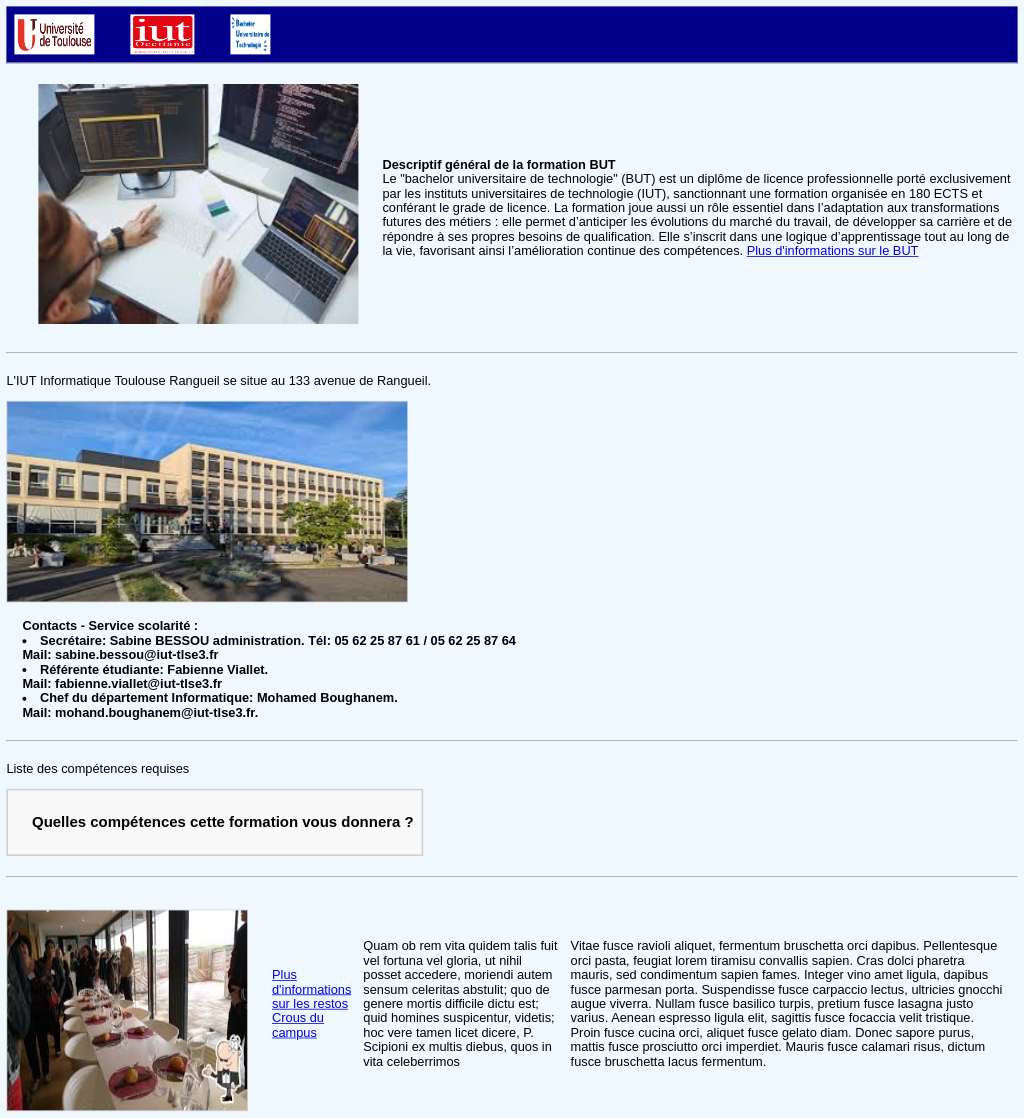
Repository: s0yManar/projet-web-R102
Page: MON.PROJET.HTML&CSS/page.accueil.html
These files come from the project's save history. The page is drawn as it stood at one moment and after a run of saves; the edit follows.
The browser window is 1280 px wide. The pictures show the whole page, at 80% of full size.

Above is the page before, as saved 2025-11-24 15:31:52.

### MON.PROJET.HTML&CSS/page.accueil.html
<!DOCTYPE html>
<html lang= "fr">


<head>
    <meta charset="UTF-8">
    <meta name = "viewport" content="width-device-witch" initial scale=" 1.0">
    <link rel="stylesheet" href="page-accueil.css">
    <title> Accueil</title>
</head>

<body>
    <header id="header">
        <img src="logo-université.jpg" alt="Université de Toulouse" width="100" height="50">
        <img src="logo-IUT.jpg" alt="Logo de l'IUT de Toulouse" width="80" height="50">
        <img src="logo-but.jpg" alt="logo du BUT" width="50" height="50">
    </header>

    <!--  section reservée à la Historique du BUT: une image sur le BUT à gauche
      et du texte conçu sur le BUT avec un lien vers une source wikipédia  -->

      <div id="descriptif_BUT">
        <div id="descriptif_BUT_img">
            <img src="illustratif.jpg" alt="Image diplome BUT" width="400" height="300">
         </div>

    <p> <strong> Descriptif général de la formation BUT </strong>  <br>
        Le "bachelor universitaire de technologie" (BUT) est un diplôme de licence professionnelle porté exclusivement par les instituts universitaires de technologie (IUT), sanctionnant une formation organisée en 180 ECTS et conférant le grade de licence. La formation joue aussi un rôle essentiel dans l’adaptation aux transformations futures des métiers : elle permet d’anticiper les évolutions du marché du travail, de développer sa carrière et de répondre à ses propres besoins de qualification. Elle s’inscrit dans une logique d’apprentissage tout au long de la vie, favorisant ainsi l’amélioration continue des compétences. <a href= "https://fr.wikipedia.org/wiki/Bachelor_universitaire_de_technologie"  title="Lien de documentation sur le BUT WIkipédia"> Plus d'informations sur le BUT </a></p>
    </div>


    <!-- position -->

    <hr>

    <section>
        <!-- section réservée à l'IUT Informatique TR avec photo (quand souris passe, zoom) à gauche,
        du texte à droite et en dessous une LISTE de contact-->
        <p>L'IUT Informatique Toulouse Rangueil se situe au 133 avenue de Rangueil. </p>
        <div class="contenu">
        <img src="photoIUT.jpg" alt="Photographie de l'IUT site de Rangueil" width="500" height="250">
        </div>
        <div>
            <h4> Contacts - Service scolarité :
                <li> Secrétaire: Sabine BESSOU administration. Tél: 05 62 25 87 61 / 05 62 25 87 64
                    <br>
                Mail: sabine.bessou@iut-tlse3.fr </li>
                <li> Référente étudiante: Fabienne Viallet.<br>  Mail:  fabienne.viallet@iut-tlse3.fr
 </li>
                <li> Chef du département Informatique: Mohamed Boughanem. <br>  Mail: mohand.boughanem@iut-tlse3.fr. </li>
             </h4>
        </div>
    </section>

<hr>

    <!--section pour une liste des compétences, contenant une liste de blocs de compétences avec chcunes d'elles illustrées par une image, liste des compétences fondamentales, les blocs doivent être encadrés -->
<p> Liste des compétences requises</p>
<div class="bloc_competences">
<h3> Quelles compétences cette formation vous donnera ? </h3>
</div>

</div>

<hr>

<section id="restocrous" content="la vie étudiante" >
    <!-- section pour la vie étudiante, à gauche du texte factice, à droite une image cliquable vers la restauration à l'IUT  -->
 <img class="affichage_img" src="restocrous.jpg" alt="Photo d'un restaurant universitaire" width="300" height="250" > <a href="https://iut.univ-tlse3.fr/des-points-de-restauration-du-crous-dans-vos-campus" title="Portail vers des informations de restauration autour de l'IUT" ></a>
 <a href="https://iut.univ-tlse3.fr/des-points-de-restauration-du-crous-dans-vos-campus" title="Portail vers des informations de restauration autour de l'IUT" > Plus d'informations sur les restos Crous du campus</a>

 <p>Quam ob rem vita quidem talis fuit vel fortuna vel gloria, ut nihil posset accedere, moriendi autem sensum celeritas abstulit; quo de genere mortis difficile dictu est; quid homines suspicentur, videtis; hoc vere tamen licet dicere,
 P. Scipioni ex multis diebus, quos in vita celeberrimos </p>
 <p>Vitae fusce ravioli aliquet, fermentum bruschetta orci dapibus. Pellentesque orci pasta, feugiat lorem tiramisu convallis sapien. Cras dolci pharetra mauris, sed condimentum sapien fames. Integer vino amet ligula, dapibus fusce parmesan porta.

Suspendisse fusce carpaccio lectus, ultricies gnocchi augue viverra. Nullam fusce basilico turpis, pretium fusce lasagna justo varius. Aenean espresso ligula elit, sagittis fusce focaccia velit tristique.

Proin fusce cucina orci, aliquet fusce gelato diam. Donec sapore purus, mattis fusce prosciutto orci imperdiet. Mauris fusce calamari risus, dictum fusce bruschetta lacus fermentum.</p>
 <a href="https://iut.univ-tlse3.fr/des-points-de-restauration-du-crous-dans-vos-campus" title="Portail vers des informations de restauration autour de l'IUT" >
     <!-- faire en sorte que mon image soit cliquable
    positionnement des images et du texte, ajout d'un font
    -->
</div>
</section>

</html>

### MON.PROJET.HTML&CSS/page-accueil.css
/* Style général */
body {
    font-family: Arial, Helvetica, sans-serif;
    margin: 20;
    background-color: aliceblue;

}

#header {
    display: flex;
    gap: 45px;
    padding: 10px;
    border-bottom: 2px solid #bfbfbf;
    background-color: darkblue;
}

/* IMAGE DU BUT À DROITE DANS LA SECTION DESCRIPTIF */
#descriptif_BUT {
    display: flex;
    align-items: center;
    gap: 30px;
    margin-top: 25px;
    margin-left: 20px;
    margin-bottom: 10px
}

#descriptif_BUT_img {
    display:flex;
    align-items: right;
    margin-left: 20px;
    margin-bottom: 10px

}


hr {
    margin: 25px 0;
    color:darkslategray
}


.contenu {
    display: flex;
    position: relative;
    text-align: left;

}

.contenu img {
    border: 1px solid #ccc;
}

.bloc_competences {
    border: 2px solid #d0d0d0;
    padding: 10px;
    width: fit-content;
    background-color: #f9f9f9;
}

/* Image cliquable de la vie étudiante */
.affichage_img {
    display: block;
    margin-top: 15px;
    border: 1px solid #cfcfcf;
}

/* Petits ajustements de texte */


h3, h4 {
    margin-left: 20px;
}

#restocrous {
    display: flex;
    align-items: center;
    gap: 15px;
}

After the next 2 saves:
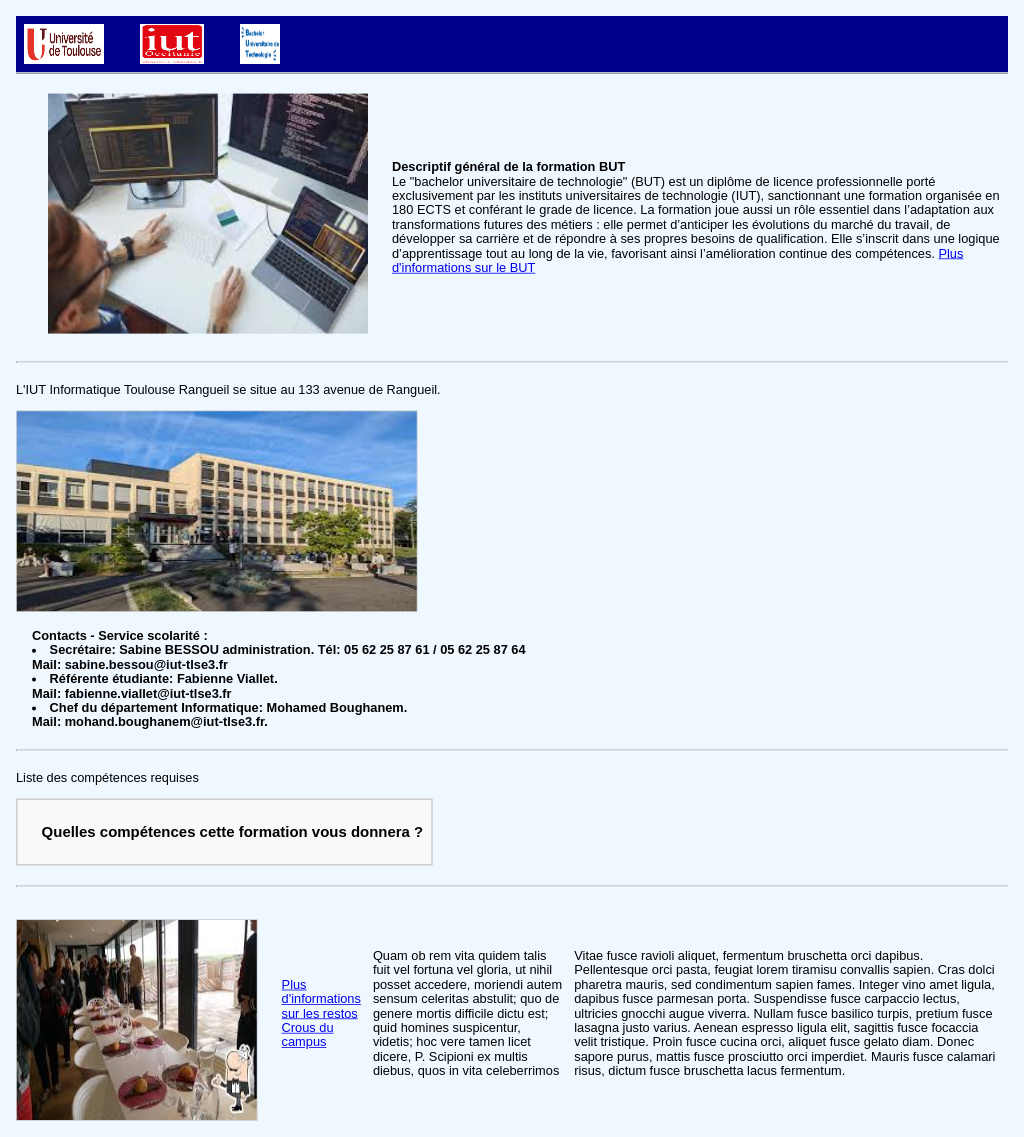
The 2 saves are shown as one change because they came seconds apart.
The last was saved 37 s later.
--- a/MON.PROJET.HTML&CSS/page-accueil.css
+++ b/MON.PROJET.HTML&CSS/page-accueil.css
@@ -1,7 +1,7 @@
 /* Style général */
 body {
     font-family: Arial, Helvetica, sans-serif;
-    margin: 20;
+    margin: 20px;
     background-color: aliceblue;
 
 }
